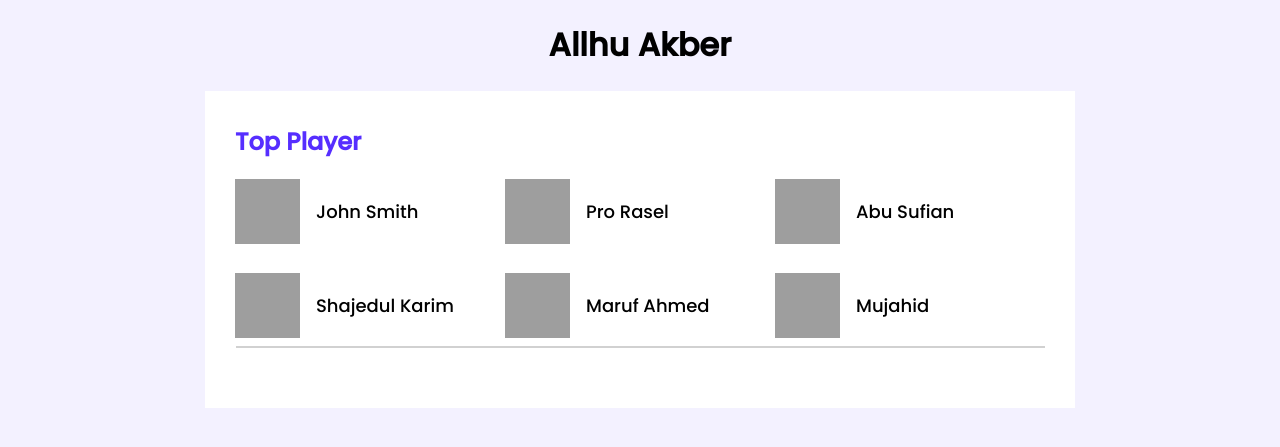
Repository: zjria/leader-board
Page: index.html
An editor plug-in stored every save of this project. The page is shown before and after the next save, followed by the edit.
The browser window is 1280 px wide. The pictures show the whole page.
Pictures or frames that could not be fetched are drawn as grey boxes.

Above is the page before, as saved 2022-09-04 07:19:34.

### index.html
<!DOCTYPE html>
<html lang="en">

<head>
    <meta charset="UTF-8">
    <meta http-equiv="X-UA-Compatible" content="IE=edge">
    <meta name="viewport" content="width=device-width, initial-scale=1.0">
    <title>leader-board</title>
    <!-- Custom CSS -->
    <link rel="stylesheet" href="/style/style.css">
</head>

<body>
    <h1>Allhu Akber</h1>
    <!-- Header Section -->
    <header>

    </header>
    <!-- Main Section -->
    <main>
        <section class="container">
            <div class="top-players">
                <h2 class="section-title">Top Player</h2>
                <div class="players">
                    <div class="player">
                        <img src="images/players/player-1.png" alt="">
                        <h3 class="name-title">John Smith</h3>
                    </div>
                    <div class="player">
                        <img src="images/players/player-2.png" alt="">
                        <h3 class="name-title">Pro Rasel</h3>
                    </div>
                    <div class="player">
                        <img src="images/players/player-3.png" alt="">
                        <h3 class="name-title">Abu Sufian</h3>
                    </div>
                    <div class="player">
                        <img src="images/players/player-4.png" alt="">
                        <h3 class="name-title">Shajedul Karim</h3>
                    </div>
                    <div class="player">
                        <img src="images/players/player-5.png" alt="">
                        <h3 class="name-title">Maruf Ahmed</h3>
                    </div>
                    <div class="player">
                        <img src="images/players/player-6.png" alt="">
                        <h3 class="name-title">Mujahid</h3>
                    </div>
                </div>
                <hr class="horigantal-line">
            </div>

        </section>
    </main>
</body>

</html>

### style/style.css
/* Google Fonts */
@import url('https://fonts.googleapis.com/css2?family=Poppins:wght@500&family=Roboto:wght@100;300;400;500;700;900&display=swap');

h1 {
    display: flex;
    justify-content: center;
}

/* Commant CSS Utilitis */
body {
    border: 0px;
    margin: 0px;
    font-family: 'Poppins', sans-serif;
    /* font-family: 'Roboto', sans-serif; */
    background-color: #F3F1FF;
}

/* Top Players Section */
main {
    display: flex;
    justify-content: center;
}

.section-title {
    color: #562EFF;
    font-size: 24px;
}

.container {
    background-color: #FFFFFF;
    width: 870px;
}

.top-players {
    padding: 30px;
    margin-bottom: 22px;
}

h2.section-title {
    margin-top: 3px;
}

.players {
    display: grid;
    grid-template-columns: repeat(3, 1fr);
    grid-row-gap: 29px;
}

.player {
    display: flex;
    align-items: center;
}

.player img {
    width: 65px;
    height: 65px;
}

.name-title {
    margin-left: 16px;
    font-size: 18px;
    font-weight: normal;
}

.horigantal-line {
    border: 1px solid #D1D1D1;
    width: 807px;
}

After the next save:
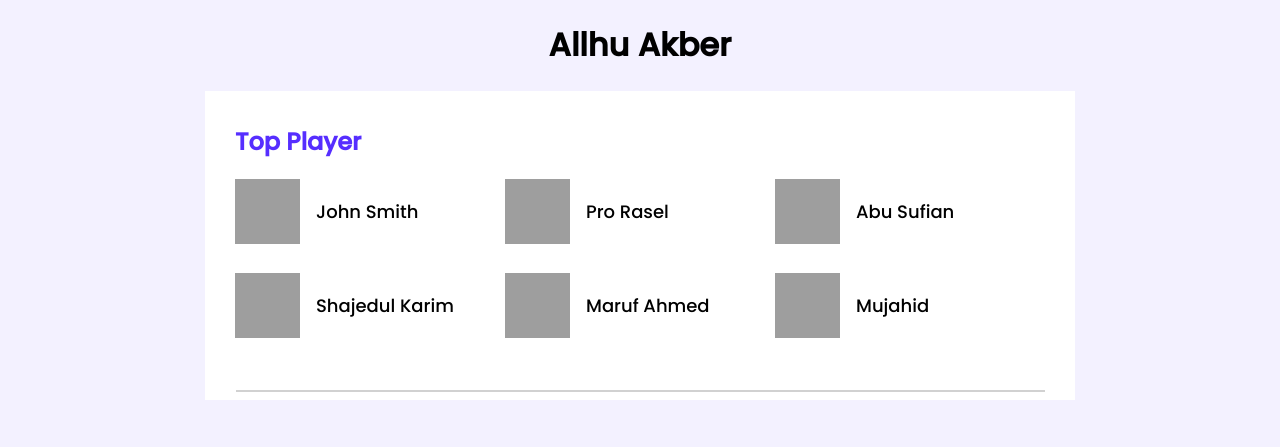
Saved 6 s later.
--- a/index.html
+++ b/index.html
@@ -47,8 +47,8 @@
                         <h3 class="name-title">Mujahid</h3>
                     </div>
                 </div>
-                <hr class="horigantal-line">
             </div>
+            <hr class="horigantal-line">
 
         </section>
     </main>
